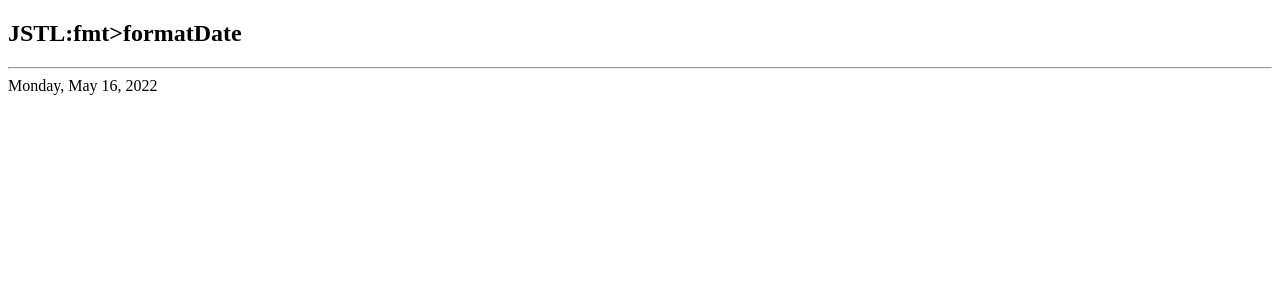
Repository: dongseon-git/WEB_JSP
Page: http://localhost/studyhtml5/jsp/j07/j03_fmt_dateFormat.jsp
An editor plug-in stored every save of this project. The page is shown before and after the next save, followed by the edit.
The browser window is 1280 px wide. The pictures show the whole page.
The page is served by Tomcat 9. Nobody is signed in. The application's start-up code is not run.

Above is the page before, as saved 2022-05-24 02:21:21.

After the next save:
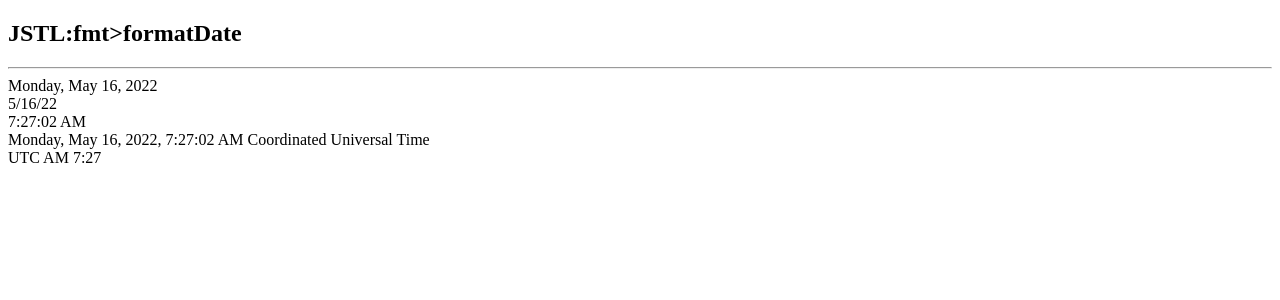
Saved 2 min 33 s later.
--- a/workspace/studyhtml5/WebContent/jsp/j07/j03_fmt_dateFormat.jsp
+++ b/workspace/studyhtml5/WebContent/jsp/j07/j03_fmt_dateFormat.jsp
@@ -14,6 +14,9 @@
 	<h2>JSTL:fmt>formatDate</h2>
 	<hr/>
 	<fmt:formatDate value="${now }" type="date" dateStyle="full"/><br/>
-
+	<fmt:formatDate value="${now }" type="date" dateStyle="short"/><br/>
+	<fmt:formatDate value="${now }" type="time" /><br/>
+	<fmt:formatDate value="${now }" type="both" dateStyle="full" timeStyle="full"/><br/>
+	<fmt:formatDate value="${now }" pattern="z a h:mm"/><br/>
 </body>
 </html>
